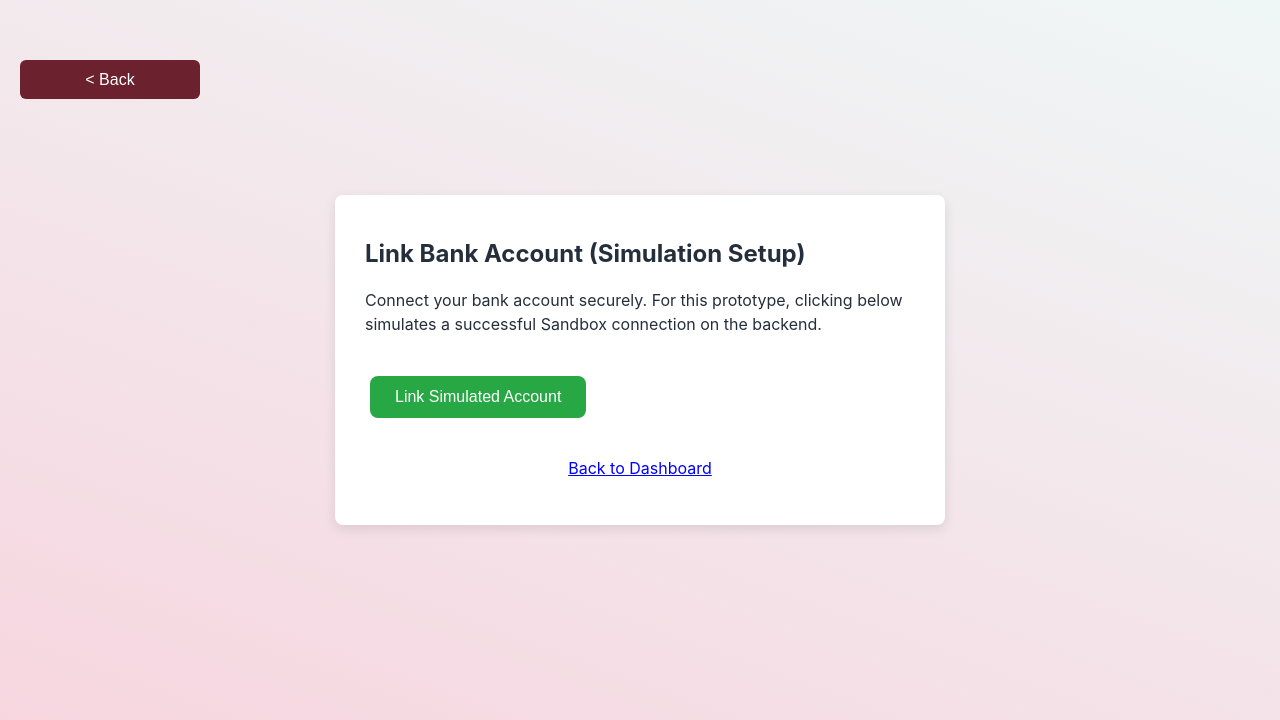
Repository: aab232/https---github.com-aab232-Deferred-Payment-Platform
Page: /link-account (app in frontend/)
An editor plug-in stored every save of this project. The page is shown before and after the next save, followed by the edit.
The browser window is 1280 px wide. The pictures show the whole page.
The project was rebuilt for these pictures with package versions that can differ from the ones it lists, and the page was loaded fresh each time. Also part of the build but not shown: frontend/src/components/Home.js, frontend/src/components/Register.js, frontend/src/components/Login.js, frontend/src/components/Main.js, frontend/src/components/Settings.js, frontend/src/components/Privacy.js, frontend/src/components/ContactUs.js, frontend/src/components/FAQ.css and 7 more.

Above is the page before, as saved 2025-05-09 01:53:01.

### frontend/src/components/LinkAccount.js
import React, { useState, useCallback } from 'react';
import { useNavigate } from 'react-router-dom';
import BackButton from './BackButton';


// --- Authenticated Fetch Helper ---
// Make sure this is the corrected version that always returns a fetch-like object
async function authenticatedFetch(url, options = {}) {
    const token = localStorage.getItem('authToken');
    const headers = { 'Content-Type': 'application/json', ...options.headers };

    if (token) {
        headers['Authorization'] = `Bearer ${token}`;
    } else {
        console.warn("Auth token missing for API call to", url);
        return {
            ok: false,
            status: 401,
            json: async () => ({ success: false, message: "Authentication token missing." }),
            text: async () => ("Authentication token missing.")
        };
    }

    try {
        const apiUrl = process.env.REACT_APP_API_BASE_URL || 'http://localhost:5000';
        const response = await fetch(`${apiUrl}${url}`, { ...options, headers });
        return response;
    } catch (error) {
        console.error(`API Fetch Error for ${url}:`, error);
        return {
            ok: false,
            status: 503, // Service Unavailable or network error
            json: async () => ({ success: false, message: "Network error or server unavailable." }),
            text: async () => (error.message || "Network error or server unavailable.")
        };
    }
}
// --- ---------------------------- ---


const LinkAccount = () => {
    const navigate = useNavigate();
    const [linkLoading, setLinkLoading] = useState(false);
    const [linkError, setLinkError] = useState(null);
    const [linkSuccess, setLinkSuccess] = useState(false);

    // Function to simulate backend token exchange (stores placeholder)
    const simulateTokenExchange = useCallback(async () => {
        setLinkLoading(true);
        setLinkError(null); // Clear previous error before new attempt
        setLinkSuccess(false); // Clear previous success before new attempt
        console.log("Simulating Plaid token exchange on backend...");

        const response = await authenticatedFetch('/api/exchange_public_token', {
             method: 'POST',
             body: JSON.stringify({ public_token: null }) // Backend handles this as simulation
        });

        setLinkLoading(false); // Stop loading indicator

        let resultData = { success: false, message: "An unexpected error occurred during simulation." }; // Default error data

        try {
            // Ensure response object exists and has a .json method before trying to parse
            if (response && typeof response.json === 'function') {
                resultData = await response.json();
            } else if (response && typeof response.text === 'function') {
                // Fallback for non-JSON error responses, to provide some server text
                const errorText = await response.text();
                resultData = { success: false, message: `Simulation setup failed. Server response: ${errorText}` };
                console.error("Simulated Link: Response was not valid JSON or response object malformed. Text:", errorText, "Response:", response);
            } else {
                // If response itself is totally missing or malformed from authenticatedFetch's perspective
                console.error("Simulated Link: Invalid or missing response object from authenticatedFetch.");
                // The message in resultData ("An unexpected error...") will be used.
            }
        } catch (e) {
            // Catch error if .json() parsing itself fails (e.g., malformed JSON string)
            console.error("Simulated Link: Error parsing JSON response:", e);
            resultData = { success: false, message: "Simulation setup failed: Could not process server's response." };
        }

        if (response && response.ok && resultData && resultData.success) {
            setLinkSuccess(true);
            setLinkError(null); // Explicitly clear error on success
        } else {
            setLinkSuccess(false); // Explicitly clear success on error
            let errorMessage = "Failed to simulate account link. Please try again."; // Default user-friendly message

            if (resultData && resultData.message) {
                errorMessage = resultData.message; // Use message from backend if available
            } else if (response && response.status === 503) { // Specifically from authenticatedFetch catch
                errorMessage = "Simulation service is temporarily unavailable. Please try again later.";
            }

            if (response && response.status === 401) {
                errorMessage = "Your session has expired. Please log in again to link your account.";
                // Optional: navigate('/login'); or provide a login button
            }
            setLinkError(errorMessage);
        }
    }, []);

    // Simplified button handler for simulation
    const handleSimulatedLinkClick = () => {
        simulateTokenExchange(); // Just trigger the simulated backend call
    };

    return (
        <div className='container'>
            <BackButton />
             <div className='form-card'>
                <h2>Link Bank Account (Simulation Setup)</h2>
                <p>
                    Connect your bank account securely. For this prototype,
                    clicking below simulates a successful Sandbox connection on the backend.
                </p>
                <button
                    onClick={handleSimulatedLinkClick}
                    disabled={linkLoading}
                    className="modal-action-button estimate-button" // Assuming these are your desired classes
                    style={{marginTop: '20px'}}
                >
                    {linkLoading ? 'Linking (Simulating)...' : 'Link Simulated Account'}
                </button>
                {linkError && <p className='assessment-error' style={{marginTop: '15px', textAlign: 'center'}}>{linkError}</p>}
                {linkSuccess && <p className='assessment-approved' style={{marginTop: '15px', textAlign: 'center'}}>✅ Bank account linked successfully (Simulated)!</p>}
                <p style={{marginTop: '30px', textAlign: 'center'}}>
                    <span
                        className="link-lookalike" // Assuming this class styles it like a link
                        onClick={() => navigate('/dashboard')}
                        style={{cursor: 'pointer', color: 'blue', textDecoration: 'underline'}} // Example inline styles for link
                    >
                        Back to Dashboard
                    </span>
                </p>
             </div>
        </div>
    );
};

export default LinkAccount;

### frontend/src/components/Home.css
.container {
    display: flex;
    justify-content: center;
    align-items: center;
    height: 100vh; /* Full viewport height */
    background: linear-gradient(135deg, #252f3b, #252d3b); /* Elegant gradient */
  }

  .card {
    text-align: center;
    background: #fff;
    padding: 40px 60px;
    border-radius: 24px;
    box-shadow: 0 8px 32px rgba(0, 0, 0, 0.2);
    max-width: 350px;
    width: 100%;
  }

  h1 {
    margin-bottom: 16px;
    font-size: 28px;
    color: #252f3b;
  }

  p {
    margin-bottom: 32px;
    font-size: 16px;
    color: #555;
  }

  .button-group {
    display: flex;
    justify-content: space-between;
  }

  .btn {
    padding: 12px 24px;
    font-size: 16px;
    border: none;
    border-radius: 30px; /* Rounded buttons */
    cursor: pointer;
    transition: background 0.3s ease;
    color: white;
    background: #252f3b;
  }

  .btn:hover {
    background: #252f3b; /* Button hover effect */
  }

### frontend/src/components/Form.css
.container {
  display: flex;
  justify-content: center;
  align-items: center;
  height: 100vh;
  background: linear-gradient(200deg, #eff7f6, #F7D6E0);
}

.form-card {
  background: white;
  padding: 40px 60px;
  border-radius: 24px;
  box-shadow: 0 8px 32px rgba(0, 0, 0, 0.2);
  max-width: 400px;
  width: 100%;
  text-align: center;
}

h2 {
  color: #252f3b;
}

input {
  display: block;
  width: 100%;
  margin: 10px 0;
  padding: 12px;
  border: 1px solid #ddd;
  border-radius: 30px;
}

.btn {
  padding: 12px 24px;
  margin-top: 20px;
  border-radius: 30px;
  border: none;
  color: white;
  background: #6b212e;
  cursor: pointer;
}

.btn:hover {
  background: #a41b34;
}

.link {
  color: #6b212e;
  cursor: pointer;
}

### frontend/src/components/Settings.css
.settings-container {
  display: flex;
  flex-direction: column;
  align-items: center;
  padding: 40px 20px;
  background: #f8f9fa;
  min-height: 100vh;
}

h1 {
  color: #343a40;
  margin-bottom: 20px;
}

.menu {
  display: flex;
  gap: 20px;
  margin-bottom: 40px;
}

.menu button {
  padding: 10px 20px;
  border: none;
  border-radius: 8px;
  cursor: pointer;
  transition: background 0.3s ease;
  font-weight: bold;
  background: #007bff;
  color: white;
}

.menu .danger {
  background: #dc3545;
}

.menu button:hover {
  opacity: 0.8;
}

/* Dropdown styling */
.dropdown {
  display: flex;
  flex-direction: column;
  gap: 10px;
  margin-top: 20px;
}

.dropdown button {
  padding: 8px 16px;
  border: none;
  border-radius: 8px;
  background: #6c757d;
  color: white;
  cursor: pointer;
  transition: background 0.3s ease;
}

.dropdown button:hover {
  background: #495057;
}

/* Section Styling */
.section {
  width: 100%;
  max-width: 600px;
  background: white;
  padding: 30px;
  border-radius: 16px;
  box-shadow: 0 8px 24px rgba(0, 0, 0, 0.1);
  margin-top: 20px;
}

h2 {
  color: #495057;
  margin-bottom: 20px;
}

input {
  width: 100%;
  padding: 12px;
  margin-bottom: 15px;
  border: 1px solid #ced4da;
  border-radius: 8px;
  font-size: 14px;
}

button {
  padding: 12px 20px;
  border: none;
  border-radius: 8px;
  cursor: pointer;
  background: #28a745;
  color: white;
  font-weight: bold;
}

button:hover {
  opacity: 0.9;
}

.info {
  margin-top: 20px;
  color: #6c757d;
}

### frontend/src/components/Privacy.css
.container {
    display: flex;
    justify-content: center;
    align-items: center;
    height: 100vh;
    background: linear-gradient(200deg, #eff7f6, #F7D6E0);
  }

  .form-card {
    background: white;
    padding: 40px 60px;
    border-radius: 24px;
    box-shadow: 0 8px 32px rgba(0, 0, 0, 0.2);
    max-width: 400px;
    width: 100%;
  }

  h2 {
    color: #252f3b;
    font-size: 24px;
    margin-bottom: 20px;
  }

  p {
    color: #252f3b;
    font-size: 16px;
    line-height: 1.5;
    margin-bottom: 20px;
    text-align: left;
  }

  .btn {
    padding: 12px 24px;
    margin-top: 20px;
    border-radius: 30px;
    border: none;
    color: white;
    background: #6b212e;
    cursor: pointer;
    width: 100%;
  }

  .btn:hover {
    background: #a41b34;
  }

  .link {
    color: #6b212e;
    cursor: pointer;
    text-decoration: underline;
    display: inline-block;
    margin-top: 10px;
  }

  .link:hover {
    color: #a41b34;
  }

  .privacy-container {
    text-align: left;
    margin-top: 20px;
  }

  .request-data-btn {
    padding: 10px 20px;
    margin-top: 15px;
    background-color: #6b212e;
    color: white;
    border: none;
    border-radius: 30px;
    cursor: pointer;
    font-size: 16px;
    width: 100%;
  }

  .request-data-btn:hover {
    background-color: #a41b34;
  }

### frontend/src/components/ContactUs.css
.form-group {
    margin-bottom: 20px; /* Spacing between form fields */
    text-align: left;   /* Ensure labels align left */
  }

  .form-group label {
    display: block;     /* Make label take its own line */
    margin-bottom: 8px; /* Space between label and input */
    color: #333;      /* Label color */
    font-size: 14px;    /* Label font size */
    font-weight: bold;  /* Make labels stand out */
  }

  .form-group input[type="text"],
  .form-group input[type="email"],
  .form-group textarea {
    width: 100%;                /* Make inputs fill the card width */
    padding: 12px;              /* Padding inside inputs */
    border: 1px solid #ccc;     /* Subtle border */
    border-radius: 8px;         /* Slightly rounded corners for inputs */
    box-sizing: border-box;     /* Include padding/border in element's total width/height */
    font-size: 14px;            /* Font size inside inputs */
    margin-top: 0;              /* Remove any default browser margin */
  }

  .form-group textarea {
    resize: vertical;           /* Allow vertical resize only */
    min-height: 120px;          /* Ensure textarea has a decent default height */
  }

  /* Optional: Style for focus state */
  .form-group input[type="text"]:focus,
  .form-group input[type="email"]:focus,
  .form-group textarea:focus {
    border-color: #6b212e; /* Highlight border with theme color on focus */
    outline: none;           /* Remove default browser outline */
    box-shadow: 0 0 0 2px rgba(107, 33, 46, 0.2); /* Subtle glow effect */
  }

  /* Optional: Style for placeholder text */
  ::placeholder { /* Chrome, Firefox, Opera, Safari 10.1+ */
    color: #aaa;
    opacity: 1; /* Firefox */
  }

  :-ms-input-placeholder { /* Internet Explorer 10-11 */
    color: #aaa;
  }

  ::-ms-input-placeholder { /* Microsoft Edge */
    color: #aaa;
  }

### frontend/src/components/CreditHistory.css
.history-container {
    display: flex;
    justify-content: center;
    align-items: flex-start;
    min-height: 100vh;
    background: linear-gradient(200deg, #eff7f6, #F7D6E0);
    padding: 50px 20px;
    box-sizing: border-box;
}

.history-card {
    background: white;
    padding: 30px 40px;
    border-radius: 16px;
    box-shadow: 0 6px 25px rgba(0, 0, 0, 0.15);
    max-width: 950px; /* Wider card for table */
    width: 100%;
}

.history-card h2 {
    text-align: center;
    color: #252f3b;
    margin-top: 0;
    margin-bottom: 30px;
}

.loading-message,
.error-message {
    text-align: center;
    padding: 20px;
    font-size: 1.1em;
    margin-top: 20px;
}

.error-message {
    color: #842029;
    background-color: #f8d7da;
    border: 1px solid #f5c2c7;
    border-radius: 6px;
}

.history-table {
    width: 100%;
    border-collapse: collapse;
    margin-top: 20px;
    font-size: 0.95em;
}

.history-table thead th {
    background-color: #f8f9fa;
    border-bottom: 2px solid #dee2e6;
    padding: 12px 10px;
    text-align: left;
    color: #495057;
    white-space: nowrap;
}

.history-table tbody td {
    border-bottom: 1px solid #e9ecef;
    padding: 10px 10px;
    vertical-align: middle;
}

.history-table tbody tr:last-child td {
    border-bottom: none;
}

.history-table tbody tr:hover {
    background-color: #f8f9fa; /* Subtle hover */
}

.back-button {
    display: block;
    margin: 30px auto 0 auto; /* Center button */
    padding: 10px 25px;
    font-size: 1em;
    cursor: pointer;
    background-color: #6c757d; /* Secondary color */
    color: white;
    border: none;
    border-radius: 6px;
    transition: background-color 0.2s ease;
}
.back-button:hover {
    background-color: #5a6268;
}


/* Responsive adjustments for table if needed */
@media (max-width: 768px) {
    .history-card {
        padding: 20px;
    }
    .history-table {
        display: block;
        overflow-x: auto; /* Allow horizontal scrolling on small screens */
        white-space: nowrap;
    }
    .history-table thead th,
    .history-table tbody td {
        padding: 8px;
        font-size: 0.9em;
    }
     .history-card h2 {
        font-size: 1.5em;
     }
}

### frontend/src/components/BackButton.css
.back-button {
  padding: 6px 12px;
  border-radius: 6px;
  background: #a41b34;
  color: #a41b34;
  font-size: 0.95em;
  font-weight: 500;
  cursor: pointer;
  transition: background 0.2s ease, color 0.2s ease, box-shadow 0.2s ease;
  border: 1px solid #d1d5db;
  line-height: 1.2;
  display: inline-flex;
  align-items: center;


position: absolute;
top: 20px;
left: 20px;
}

.back-button:hover {
  background: #6b200e;
  color: white;
  box-shadow: 0 1px 3px rgba(0, 0, 0, 0.1);
}

.back-button:focus {
    outline: 2px solid #e8a6ba;
    outline-offset: 2px;
}

.back-button:active {
    background-color: #d0d0d0;
}

### frontend/src/components/Repayments.css
.repayment-container {
    padding: 50px 20px;
    box-sizing: border-box;
  }

  .repayment-card {
    background: white;
    padding: 30px 40px;
    border-radius: 24px;
    box-shadow: 0 8px 32px rgba(0, 0, 0, 0.2);
    max-width: 650px;
    width: 100%;
  }

  .repayment-card h2 {
    color: #252f3b;
    text-align: center;
    margin-top: 0;
    margin-bottom: 30px;
  }

  .loading-message {
      text-align: center;
      padding: 20px;
      font-size: 1.1em;
      margin-top: 20px;
      color: #4a5568;
  }

  .error-message {
      text-align: center; padding: 12px; font-size: 0.95em; margin-top: 20px;
      color: #842029; background-color: #f8d7da; border: 1px solid #f5c2c7; border-radius: 6px;
  }


  .order-list {
      margin-top: 20px;
      display: flex;
      flex-direction: column;
      gap: 20px;
  }

  .order-item {
      border: 1px solid #e2e8f0;
      border-radius: 12px;
      padding: 15px 20px;
      background-color: #fdfdff;
  }

  .order-item h3 {
      margin-top: 0;
      margin-bottom: 8px;
      color: #334155;
      font-size: 1.1em;
  }

  .order-item p {
      margin: 4px 0;
      font-size: 0.95em;
      color: #4a5568;
      line-height: 1.4;
  }

  .order-item .remaining-balance {
      font-weight: bold;
      color: #c82333;
  }

  .repayment-action {
      margin-top: 15px;
      display: flex;
      gap: 10px;
      align-items: center;
      flex-wrap: wrap;
  }

  .repayment-input {
      display: block;
      flex-grow: 1;
      max-width: 160px;
      margin: 0;
      padding: 10px 12px;
      border: 1px solid #ddd;
      border-radius: 30px;
      box-sizing: border-box;
  }

  .repayment-button {
      flex-shrink: 0;
  }
  .repayment-button {
      background: #0d6efd;
  }
  .repayment-button:hover:not(:disabled) {
      background: #0a58ca;
  }
  .repayment-button:disabled {
       background: #cccccc !important;
       cursor: not-allowed;
  }


  .payment-success,
  .payment-error {
      padding: 8px 12px;
      border-radius: 6px;
      margin-top: 12px;
      font-size: 0.9em;
      text-align: center;
  }
  .payment-success {
      color: #0f5132;
      background-color: #d1e7dd;
      border: 1px solid #badbcc;
  }
  .payment-error {
      color: #842029;
      background-color: #f8d7da;
      border: 1px solid #f5c6cb;
  }

  .back-button {
      display: block;
      margin: 40px auto 10px auto;
  }

### frontend/src/components/SpendingLimit.css
.spending-limit-container {
    display: flex;
    justify-content: center;
    align-items: flex-start;
    padding-top: 30px;
    padding-bottom: 30px;
    min-height: 80vh;
}

.form-card {
    background-color: #ffffff;
    padding: 25px 30px;
    border-radius: 8px;
    box-shadow: 0 4px 12px rgba(0, 0, 0, 0.1);
    width: 100%;
    max-width: 550px;
    text-align: left;
}

.current-limits-info {
    background-color: #f8f9fa;
    border: 1px solid #e9ecef;
    border-radius: 5px;
    padding: 15px;
    margin-bottom: 25px;
}

.current-limits-info p {
    margin: 8px 0;
    font-size: 0.95rem;
    color: #333;
}

.current-limits-info strong {
    color: #6b212e;
}

.limit-info-note {
    font-size: 0.85rem !important;
    color: #6c757d !important;
    margin-top: 10px !important;
}

.spending-limit-form label {
    display: block;
    margin-bottom: 8px;
    font-weight: bold;
    color: #495057;
}

.form-input {
    width: 100%;
    padding: 10px 12px;
    margin-bottom: 15px;
    border: 1px solid #ced4da;
    border-radius: 4px;
    box-sizing: border-box;
    font-size: 1rem;
}

.form-input:focus {
    border-color: #80bdff;
    outline: 0;
    box-shadow: 0 0 0 0.2rem rgba(0, 123, 255, 0.25);
}


.button-group {
    display: flex;
    gap: 10px;
    margin-top: 10px;
}

.btn {
    padding: 10px 15px;
    border: none;
    border-radius: 4px;
    cursor: pointer;
    font-size: 0.95rem;
    font-weight: 500;
    transition: background-color 0.2s ease-in-out, box-shadow 0.2s ease-in-out;
}

.action-button {
    background-color: #e8a6ba;
    color: white;
    flex-grow: 1;
}

.action-button:hover {
    background-color: #d76a8b;
}

.remove-button {
    background-color: #dc3545;
    color: white;
    flex-grow: 1;
}

.remove-button:hover {
    background-color: #c82333;
}

.btn:disabled {
    background-color: #6c757d;
    cursor: not-allowed;
    opacity: 0.7;
}


.message {
    padding: 10px;
    border-radius: 4px;
    margin-top: 15px;
    text-align: center;
    font-weight: 500;
}

.message.success {
    background-color: #d4edda;
    color: #155724;
    border: 1px solid #c3e6cb;
}

.message.error {
    background-color: #f8d7da;
    color: #721c24;
    border: 1px solid #f5c6cb;
}
.message.info {
    background-color: #cce5ff;
    color: #6b212e;
    border: 1px solid #b8daff;
}

.small-text {
    font-size: 0.8rem;
    color: #6c757d;
    margin-top: -10px;
    margin-bottom: 15px;
}

Loaded but not shown: frontend/public/index.html (common file); frontend/src/index.js (common file); frontend/src/index.css (common file); frontend/src/App.js (41 lines, source omitted); frontend/src/components/BackButton.js (15 lines, source omitted); frontend/src/components/Main.css (349 lines, source omitted); frontend/src/components/BufferBag.css (188 lines, source omitted)

After the next save:
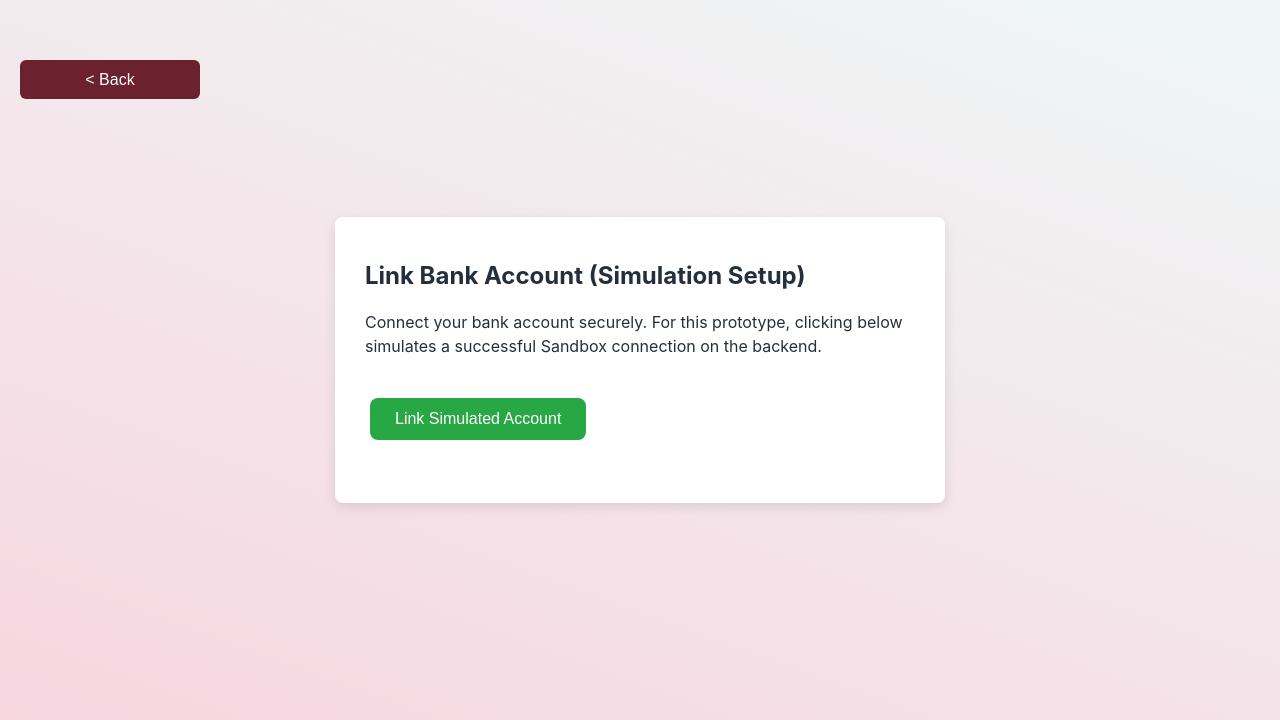
Saved 106 s later.
--- a/frontend/src/components/LinkAccount.js
+++ b/frontend/src/components/LinkAccount.js
@@ -125,15 +125,7 @@ const LinkAccount = () => {
                 </button>
                 {linkError && <p className='assessment-error' style={{marginTop: '15px', textAlign: 'center'}}>{linkError}</p>}
                 {linkSuccess && <p className='assessment-approved' style={{marginTop: '15px', textAlign: 'center'}}>✅ Bank account linked successfully (Simulated)!</p>}
-                <p style={{marginTop: '30px', textAlign: 'center'}}>
-                    <span
-                        className="link-lookalike" // Assuming this class styles it like a link
-                        onClick={() => navigate('/dashboard')}
-                        style={{cursor: 'pointer', color: 'blue', textDecoration: 'underline'}} // Example inline styles for link
-                    >
-                        Back to Dashboard
-                    </span>
-                </p>
+                <p style={{marginTop: '30px', textAlign: 'center'}}></p>
              </div>
         </div>
     );
